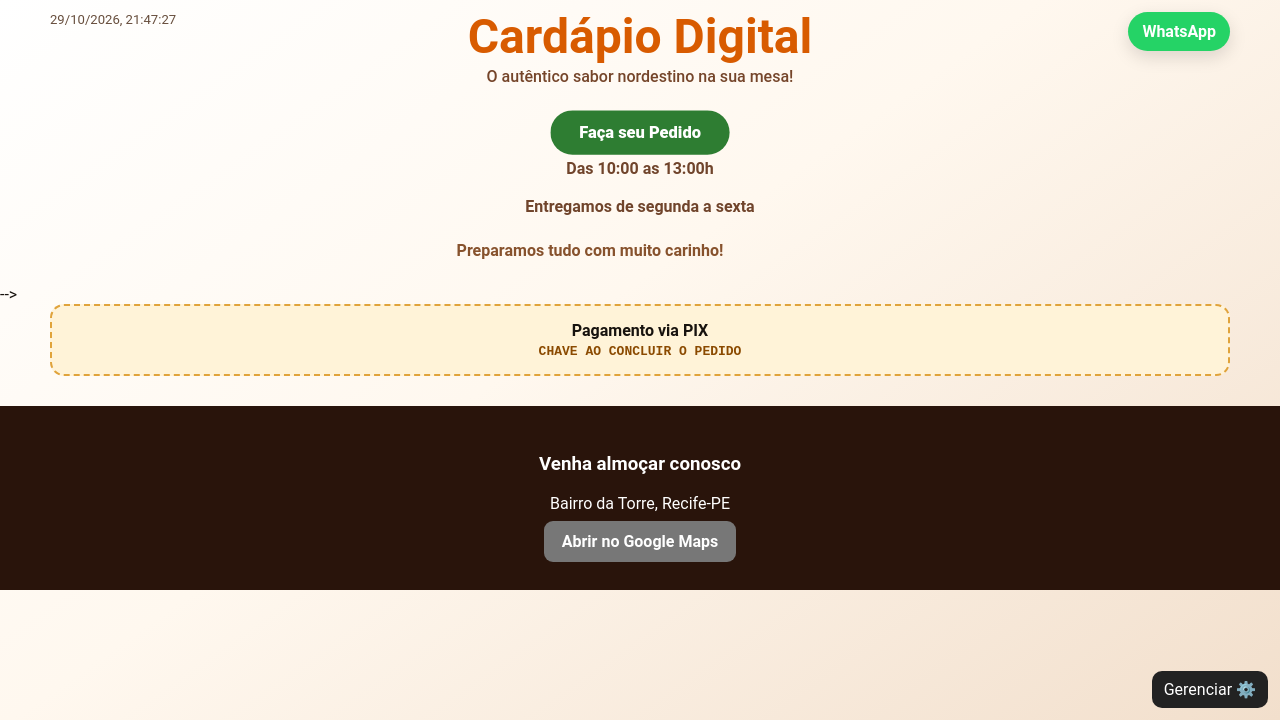
Repository: JeffRodFer/sd-copy-01-frontend
Page: index.html
The author's editor kept a copy of each file at every save. The page is drawn from the files as they stood at one save, then again after a run of saves.
The browser window is 1280 px wide. The pictures show the whole page.
The page's requests for data from a server got no answer.

Above is the page before, as saved 2026-10-31 11:42:16.

After the next 2 saves:
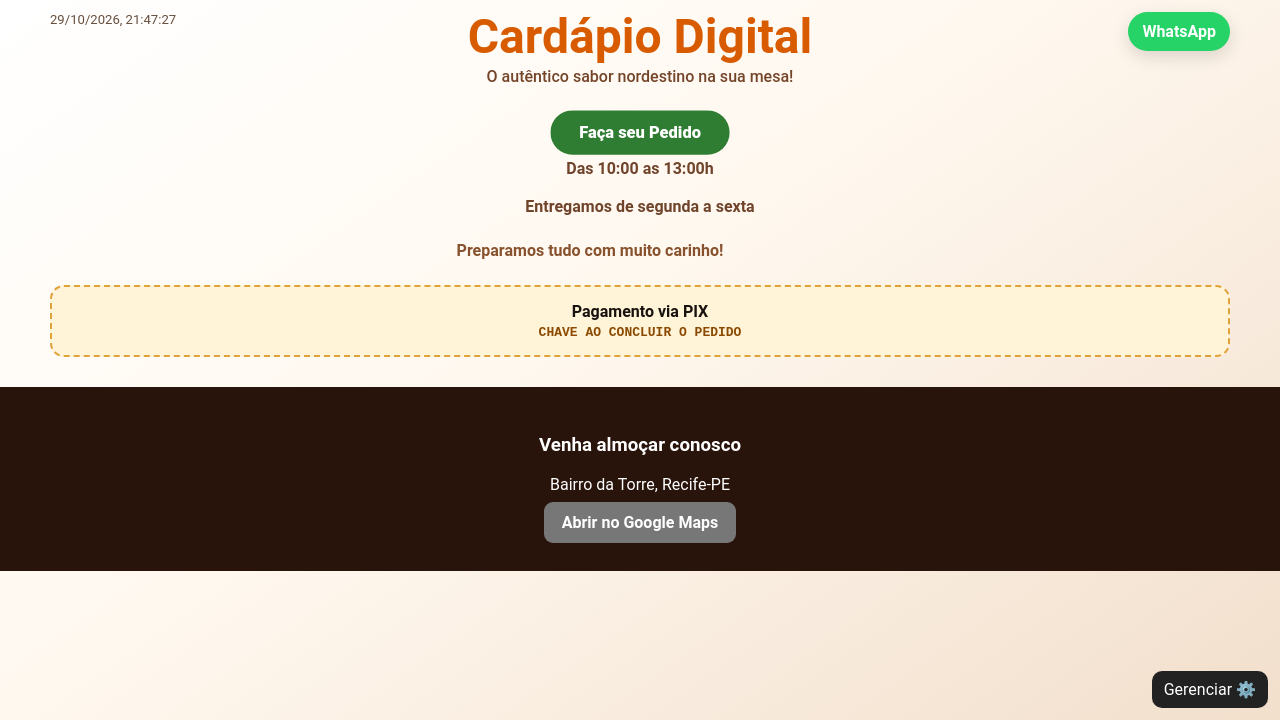
The 2 saves are shown as one change because they came seconds apart.
The last was saved 7 s later.
--- a/index.html
+++ b/index.html
@@ -57,8 +57,7 @@
   <div class="container note">
     Preparamos tudo com muito carinho!
   </div>
-<!-- -->
-   -->
+  <!-- -->
 
 
   <div class="container pix">
